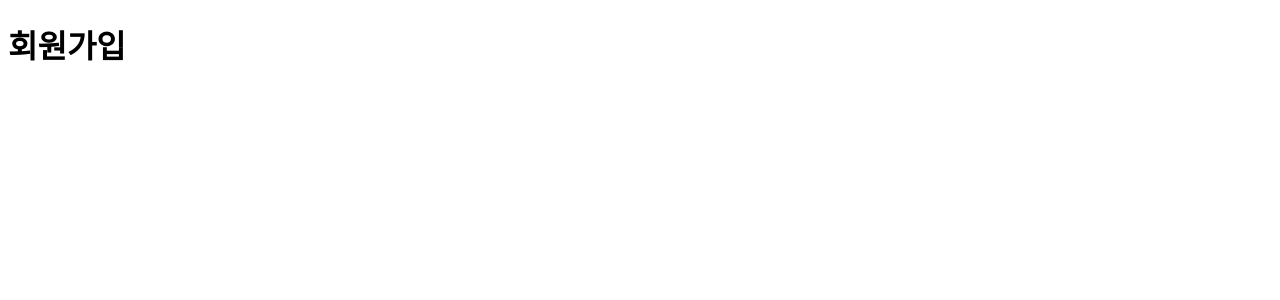
Repository: egniz/egniz
Page: Test0114/WebContent/insert.html
These files come from the project's save history. The page is drawn as it stood at one moment and after the next save; the edit follows.
The browser window is 1280 px wide. The pictures show the whole page.

Above is the page before, as saved 2020-01-14 01:18:52.

After the next save:
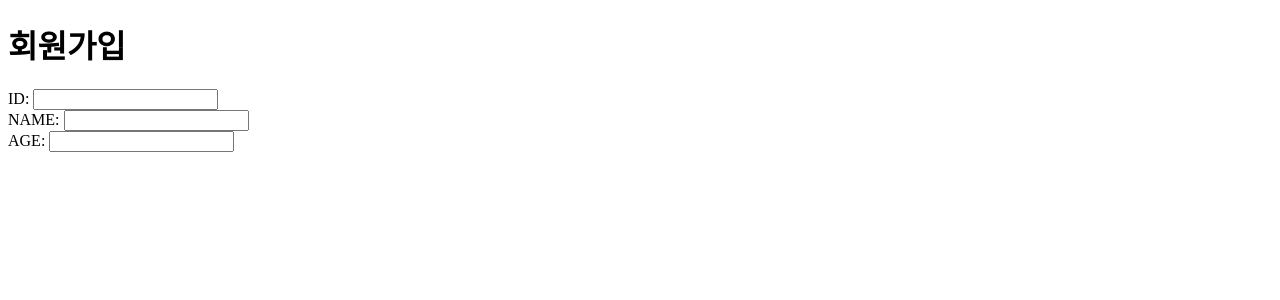
Saved 6 min 47 s later.
--- a/Test0114/WebContent/insert.html
+++ b/Test0114/WebContent/insert.html
@@ -6,5 +6,15 @@
 </head>
 <body>
 	<h1>회원가입</h1>
+	<form action="insert" method="post">
+	<label for="id">ID:</label>
+	<input name="id" id="id"><br>
+
+	<label for="name">NAME:</label>
+	<input name="name" id="name"><br>
+
+	<label for="age">AGE:</label>
+	<input name="age" id="age" type="number"><br>
+	</form>
 </body>
 </html>
